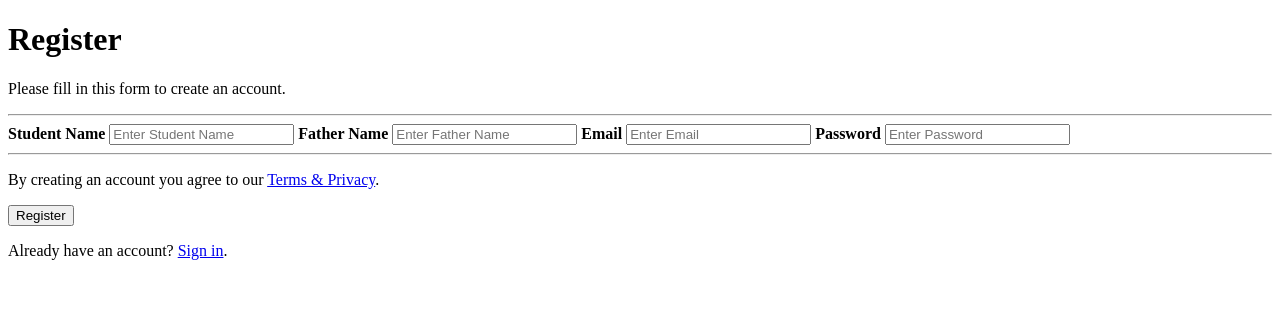
Repository: laxmichauhan/Student-Data-Insertion
Page: Application1/WebContent/register.html
An editor plug-in stored every save of this project. The page is shown before and after the next save, followed by the edit.
The browser window is 1280 px wide. The pictures show the whole page.

Above is the page before, as saved 2019-02-19 07:10:36.

After the next save:
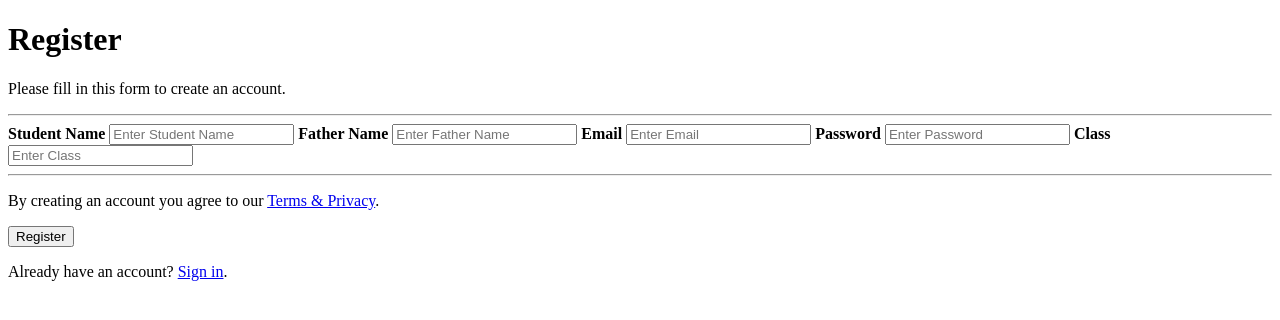
Saved 58 s later.
--- a/Application1/WebContent/register.html
+++ b/Application1/WebContent/register.html
@@ -22,6 +22,8 @@
     <label for="psw"><b>Password</b></label>
     <input type="password" placeholder="Enter Password" name="psw" required>
 
+	<label for="Class"><b>Class</b></label>
+    <input type="text" placeholder="Enter Class" name="class" required>
     <hr>
 
     <p>By creating an account you agree to our <a href="#">Terms & Privacy</a>.</p>
